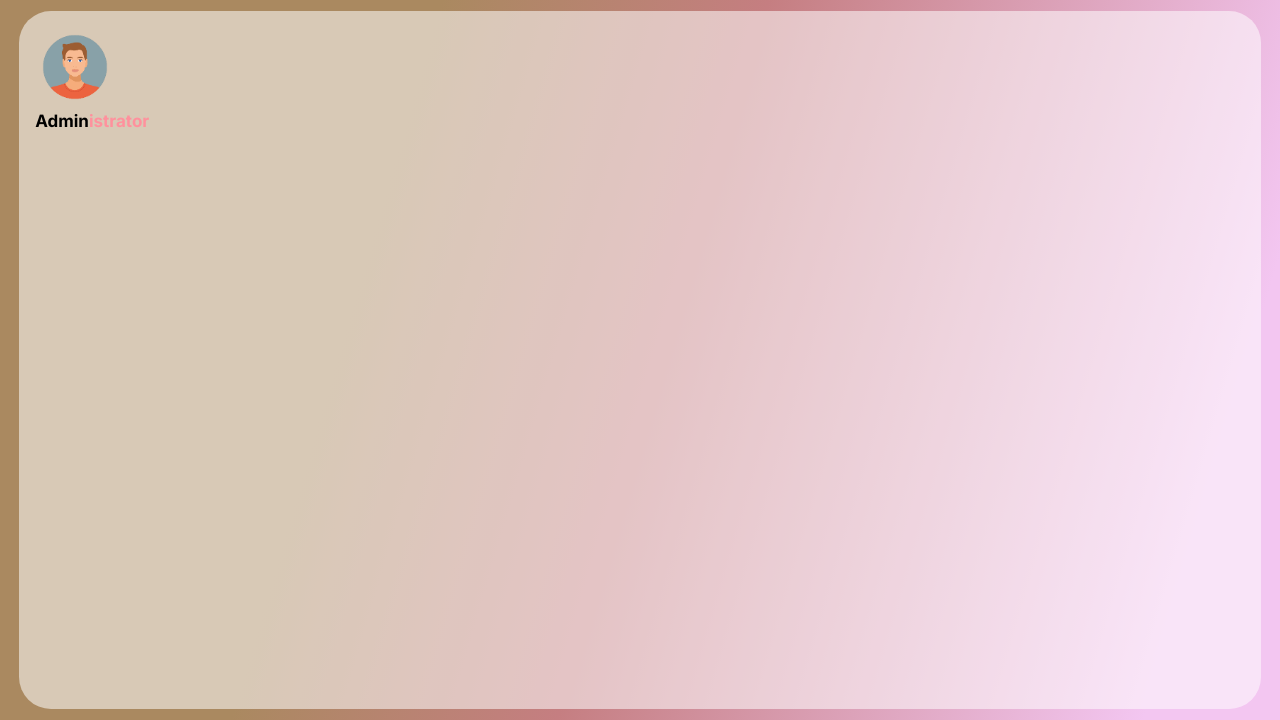
Repository: Zeeohn/react-admin-dash1
Page: /
An editor plug-in stored every save of this project. The page is shown before and after the next save, followed by the edit.
The browser window is 1280 px wide. The pictures show the whole page.
The project was rebuilt for these pictures with package versions that can differ from the ones it lists, and the page was loaded fresh each time.

Above is the page before, as saved 2022-05-20 12:01:01.

After the next save:
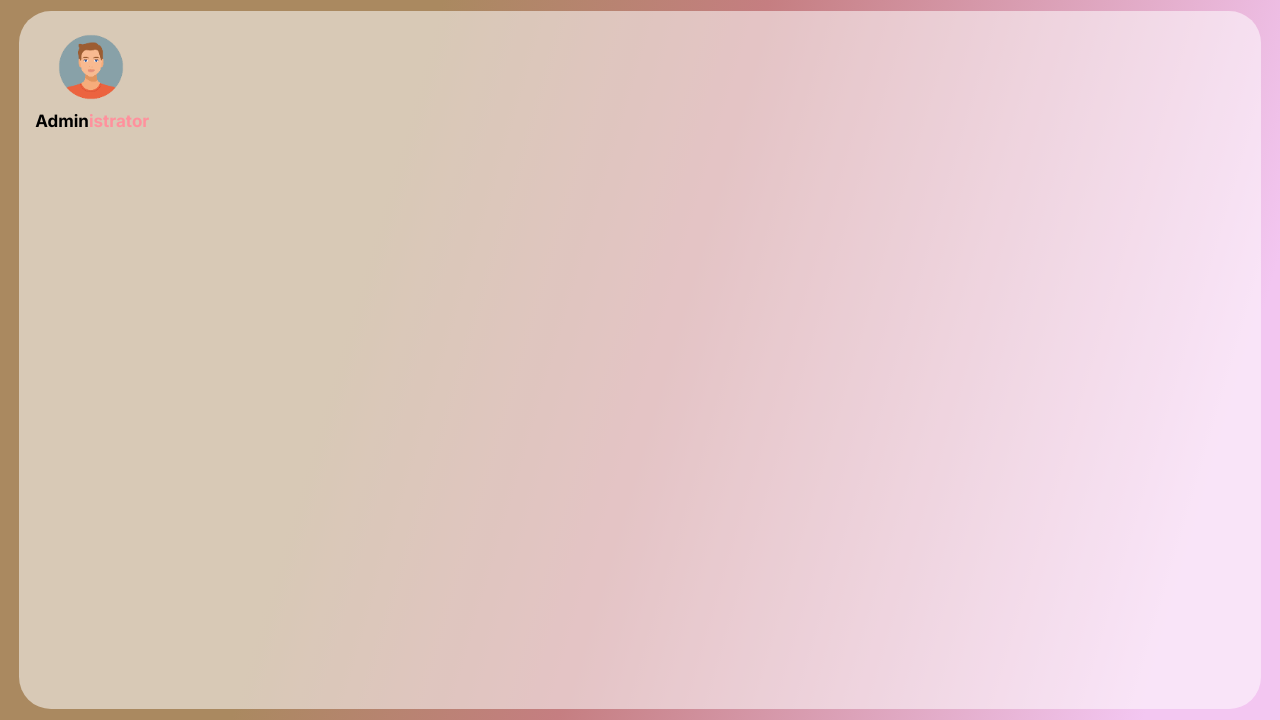
Saved 41 s later.
--- a/src/components/sidebar/Sidebar.css
+++ b/src/components/sidebar/Sidebar.css
@@ -21,7 +21,7 @@
 .logo > img {
   width: 5rem;
   height: 5rem;
-  left: 2%;
+  padding-left: 1rem;
 }
 
 .logo > span > span {
